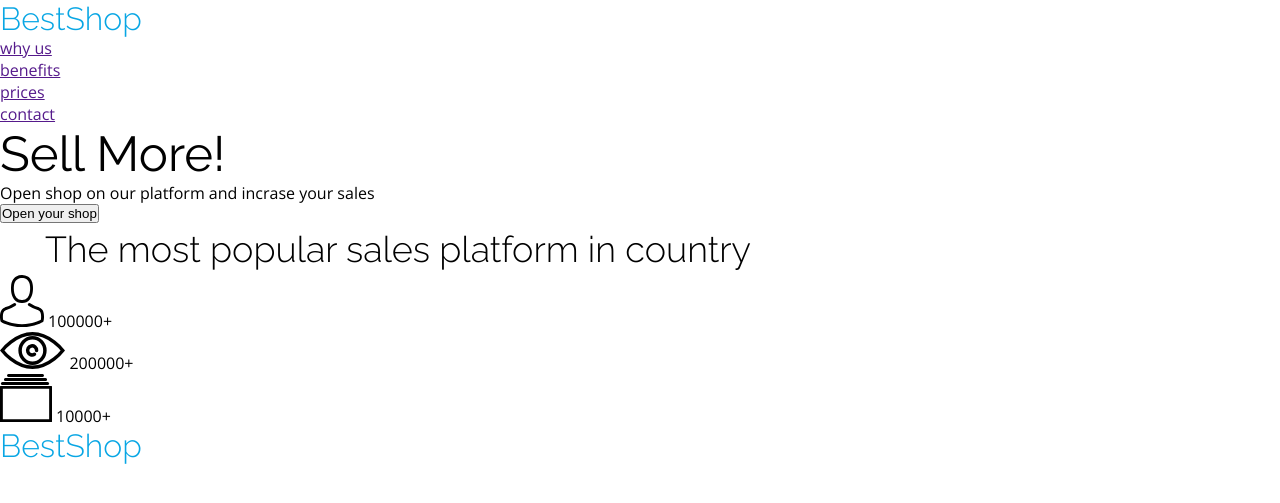
Repository: artwol993/BestShop
Page: index.html
An editor plug-in stored every save of this project. The page is shown before and after the next save, followed by the edit.
The browser window is 1280 px wide. The pictures show the whole page.
The style sheet was rebuilt from its Sass, Less or Tailwind sources for each picture, by a compiler version that may differ from the author's.

Above is the page before, as saved 2020-05-26 21:44:14.

After the next save:
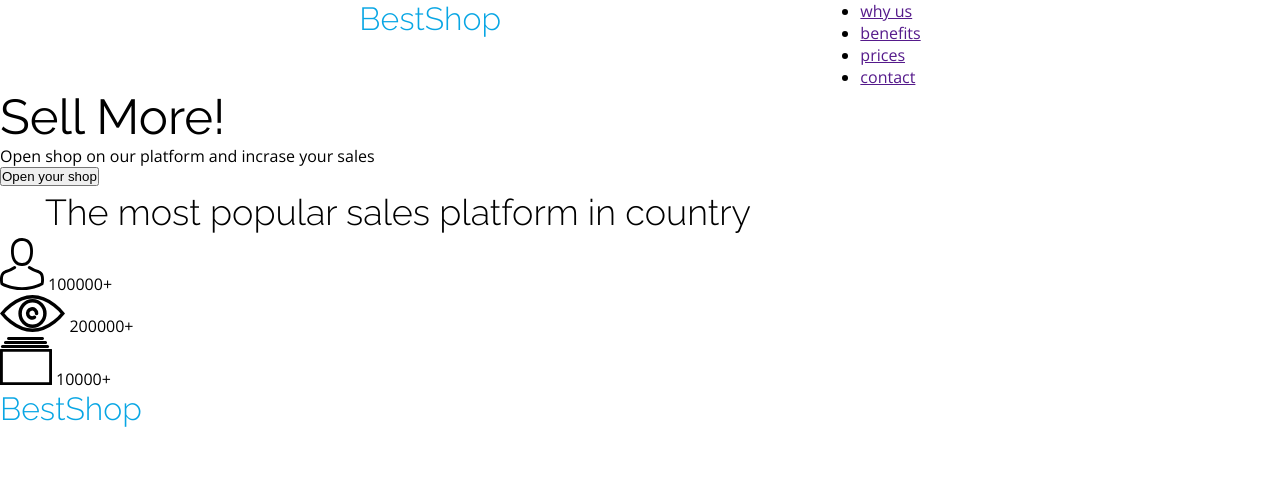
Saved 20 min 7 s later.
--- a/scss/main.scss
+++ b/scss/main.scss
@@ -60,3 +60,7 @@
   }
 
   /*header*/
+  header {
+      display: flex;
+      justify-content: space-evenly;
+  }
